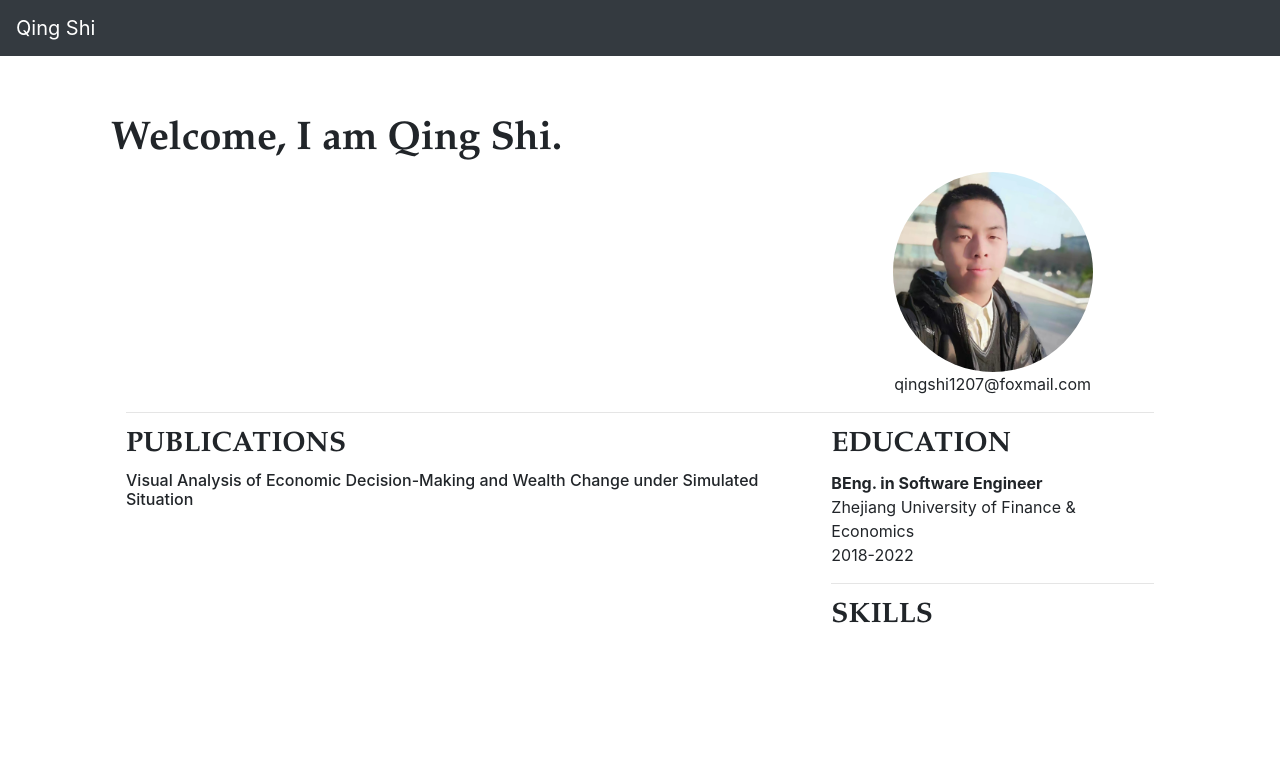
Repository: sqsssq/webpage
Page: index.html
The author's editor kept a copy of each file at every save. The page is drawn from the files as they stood at one save, then again after the next save.
The browser window is 1280 px wide. The pictures show the whole page.
Some web libraries are served in a nearby version.

Above is the page before, as saved 2022-03-28 00:48:55.

### index.html
<!--
 * @Author: Qing Shi
 * @LastEditTime: 2022-03-28 00:48:01
 * @Knowledge:
 * @Description: my homepage
 * @Attention:
-->
<!doctype html>
<html lang="zh-CN">

<head>
    <!-- 必须的 meta 标签 -->
    <meta charset="utf-8">
    <meta name="viewport" content="width=device-width, initial-scale=1, shrink-to-fit=no">
    <title>Qing Shi</title>

    <!-- 新 Bootstrap4 核心 CSS 文件 -->
    <link rel="stylesheet" href="https://cdn.staticfile.org/twitter-bootstrap/4.3.1/css/bootstrap.min.css">

    <!-- jQuery文件。务必在bootstrap.min.js 之前引入 -->
    <script src="https://cdn.staticfile.org/jquery/3.2.1/jquery.min.js"></script>

    <!-- bootstrap.bundle.min.js 用于弹窗、提示、下拉菜单，包含了 popper.min.js -->
    <script src="https://cdn.staticfile.org/popper.js/1.15.0/umd/popper.min.js"></script>

    <!-- 最新的 Bootstrap4 核心 JavaScript 文件 -->
    <script src="https://cdn.staticfile.org/twitter-bootstrap/4.3.1/js/bootstrap.min.js"></script>

    <link rel="stylesheet" href="css/index.css">
    <link rel="shortcut icon" href="icon/bitbug_favicon.ico" />
</head>

<body>

    <nav class="navbar  navbar-dark bg-dark">
        <a class="navbar-brand" href="#">
            Qing Shi
        </a>

        <!-- <button type="button" class="btn btn-outline-primary">中/EN</button> -->
    </nav>

    <div class="container framework">
        <!-- Image and text -->
        <div class="webHeader row">
            <h1 id="titleFont">Welcome, I am Qing Shi.</h1>
            <!-- <hr> -->
            <div class="webIntroduction col-lg-8">
            </div>

            <div class="webPhoto col-lg-4">
                <img src="photo/sq3.jpg">
                <div class="info">
                    qingshi1207@foxmail.com
                </div>
            </div>
        </div>
        <hr>
        <div class="webMain row">
            <div class="col-lg-8">
                <div id="webPublication">
                    <h3 id="titleFont">
                        PUBLICATIONS
                    </h3>
                    <div class="totalPublic">
                        <div class="pubic">
                            <h6>Visual Analysis of Economic Decision-Making and Wealth Change under Simulated Situation</h6>
                        </div>
                    </div>
                </div>
            </div>
            <div class="col-lg-4">
                <div id="webEducation">
                    <h3 id="titleFont">
                        <!-- ::before -->
                        EDUCATION
                    </h3>
                    <a style="font-weight: bold;">BEng. in Software Engineer</a>
                    <br>
                    Zhejiang University of Finance & Economics
                    <br>
                    2018-2022
                </div>
                <hr>
                <div id="webSkill">
                    <h3 id="titleFont">SKILLS</h3>
                </div>
            </div>
        </div>
</body>

</html>

### css/index.css
* {
    margin: 0;
    padding: 0;
}

body {
    /* font-family:Georia,serif; */
    background: #ffffff;
    /* font-weight:bold; */
    /* font-size:15px; */
    /* color:#333;
    overflow: hidden; */
    -webkit-font-smoothing: antialiased;
}

.framework {
    /* height: 1000px; */
    margin-top: 30px;
    margin-bottom: 100px;
    padding: 30px 30px 30px 30px;
    width: 85%;
    /* border-color: black; */
    /* border-width: 3px; */
    /* border-style: solid; */
    /* box-shadow: darkgrey 0px 0px 30px 5px ; */
}


#titleFont {
    /* Garamond */
    font-family: Garamond;
    font-weight: bold;
}

.webPhoto {
    /* align-items: center; */
    /* background-color: aqua; */
    display: flex;
    flex-direction: column;
    justify-content: center;
    align-items: center;
}

.webPhoto img {
    border-radius: 50%;
}

img {
    vertical-align: middle;
    border-style: none;
    height: 200px;
    width: 200px;
}

.webPhoto info {
    margin-top: 15px;
    text-align: center;
    line-height: 1.64;
}

/*chrome--------------------------------------------start*/
::-webkit-scrollbar {
    width: 8px;
    height: 8px;
}

/* Track */
::-webkit-scrollbar-track {
    background: #ffffff;
    border-radius: 8px;
}

/* Handle */
::-webkit-scrollbar-thumb {
    background: rgb(201, 201, 202);
    border-radius: 8px;
}

/* Handle on hover */
::-webkit-scrollbar-thumb:hover {
    background: rgb(162, 162, 163);
}

.el-menu::-webkit-scrollbar,
.el-table__body-wrapper::-webkit-scrollbar {
    display: none;
}

.el-menu:hover::-webkit-scrollbar,
.el-table__body-wrapper:hover::-webkit-scrollbar {
    display: block;
}

/*chrome--------------------------------------------end*/

After the next save:
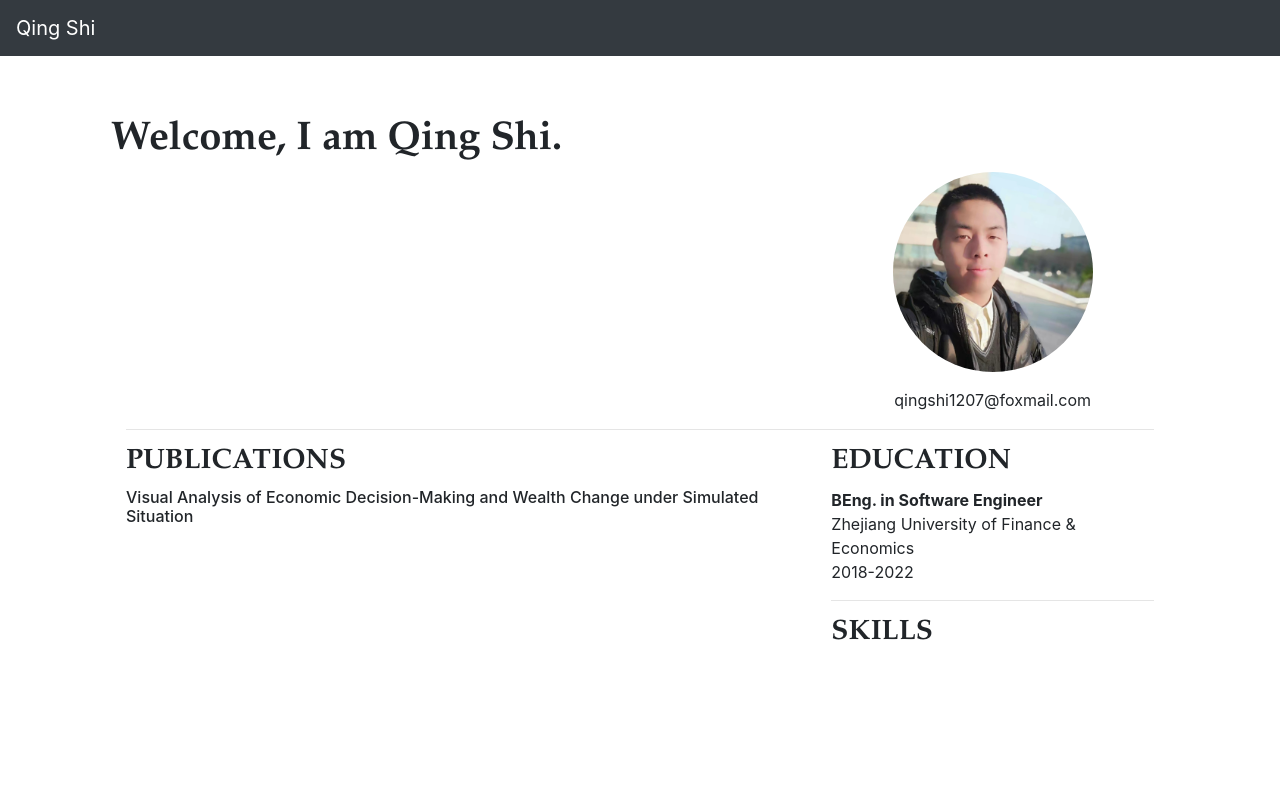
Saved 65 s later.
--- a/css/index.css
+++ b/css/index.css
@@ -52,7 +52,7 @@ img {
     width: 200px;
 }
 
-.webPhoto info {
+.webPhoto .info {
     margin-top: 15px;
     text-align: center;
     line-height: 1.64;
